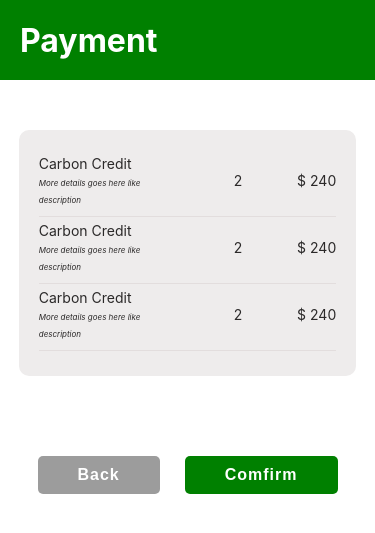
Repository: Yowani24/CarbonApp
Page: /payment
The author's editor kept a copy of each file at every save. The page is drawn from the files as they stood at one save, then again after the next save.
The browser window is 375 px wide. The pictures show the whole page.
The project was rebuilt for these pictures with package versions that can differ from the ones it lists, and the page was loaded fresh each time. The framework's server and built-in components were replaced by stand-ins that run in the browser. Also part of the build but not shown: next.config.js, pages/cart/Cart.module.css, pages/cart/index.js.

Above is the page before, as saved 2021-09-27 00:24:10.

After the next save:
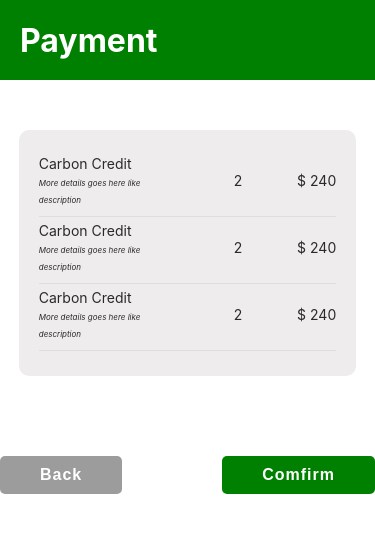
Saved 3 min 38 s later.
--- a/pages/payment/Payment.module.css
+++ b/pages/payment/Payment.module.css
@@ -109,3 +109,13 @@
 .button_box button:nth-child(2):active{
     background: rgb(13, 131, 13);
 }
+
+@media (max-width: 460px){
+    .button_box span{
+        width: 100%;
+    }
+    .button_box button{
+        padding: 10px 40px;
+        font-size: 16px;
+    }
+}
